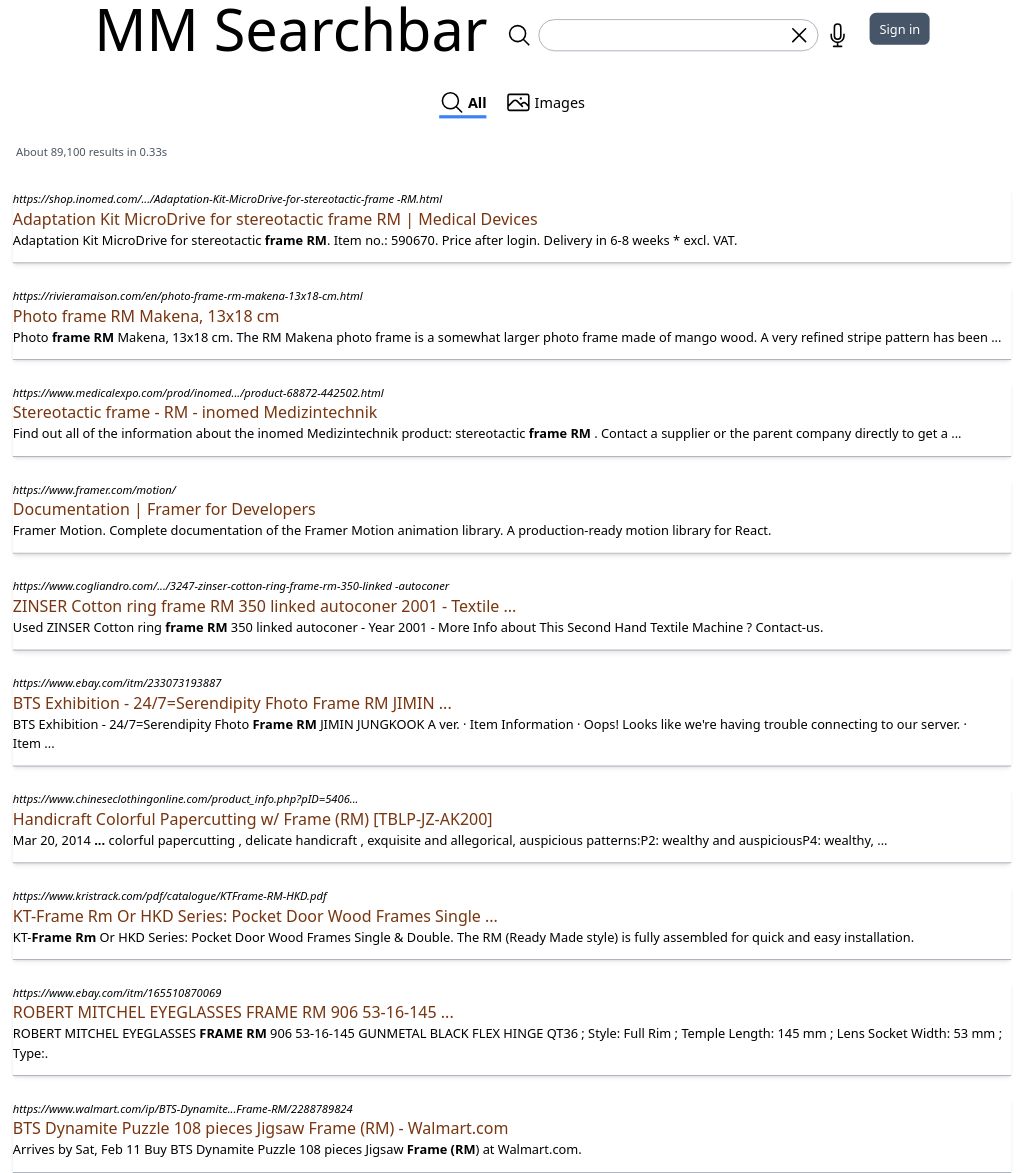
Repository: michalmilek/minigoogle
Page: /search
An editor plug-in stored every save of this project. The page is shown before and after the next save, followed by the edit.
The browser window is 1280 px wide. The pictures show the whole page, at 80% of full size.
The page's requests for data from a server got no answer. The project was rebuilt for these pictures with package versions that can differ from the ones it lists, and the page was loaded fresh each time. The framework's server and built-in components were replaced by stand-ins that run in the browser. No one was signed in, and anything a server would have sent is missing. Also part of the build but not shown: next.config.js, Response.ts.

Above is the page before, as saved 2023-02-14 02:06:48.

### pages/_app.tsx
import '@/styles/globals.css'
import type { AppProps } from 'next/app'
import { SessionProvider } from "next-auth/react";

export default function App({ Component, pageProps }: AppProps) {
  return (
    <SessionProvider
      // Provider options are not required but can be useful in situations where
      // you have a short session maxAge time. Shown here with default values.
      session={pageProps.session}>
      <Component {...pageProps} />
    </SessionProvider>
  );
}

### pages/search.tsx
import SearchHeader from "@/components/SearchHeader";
import Head from "next/head";
import React from "react";
import SearchOptions from "@/components/SearchOptions";
import { GetServerSideProps } from "next";
import Response from "@/Response";
import SearchResults from "@/components/SearchResults";
import { useRouter } from "next/router";

const search = ({ results }: any) => {
  console.log(results);
  const router = useRouter();
  return (
    <div className="flex flex-col">
      <Head>
        <title>Search page</title>
        <meta
          name="description"
          content="Generated by create next app"
        />
        <meta
          name="viewport"
          content="width=device-width, initial-scale=1"
        />
        <link
          rel="icon"
          href="/favicon.ico"
        />
      </Head>

      <SearchHeader />
      <SearchOptions />
      <SearchResults results={results} />
    </div>
  );
};

export default search;

export async function getServerSideProps(ctx: any) {
  const mockData = true;
  const data = mockData
    ? Response
    : await fetch(
        `https://www.googleapis.com/customsearch/v1?key=${
          process.env.NEXT_PUBLIC_GOOGLE_API_KEY
        }&cx=${process.env.NEXT_PUBLIC_CONTEXT_KEY}&q=${ctx.query.term}${
          ctx.query.searchType === "image" ? "&searchType=image" : ""
        }`
      ).then((response) => response.json());

  return {
    props: {
      results: data,
    },
  };
}

### components/SearchHeader.tsx
import React, { FormEvent, useRef } from "react";
import {
  MagnifyingGlassIcon,
  MicrophoneIcon,
  XMarkIcon,
} from "@heroicons/react/24/outline";
import { useRouter } from "next/router";
import User from "./User";

const SearchHeader = () => {
  const router = useRouter();
  const inputSearchRef = useRef<HTMLInputElement>(null);

  const clearInput = () => {
    inputSearchRef.current!.value = "";
  };

  const search = (e: FormEvent) => {
    e.preventDefault();
    const term = inputSearchRef.current?.value;
    if (!term?.trim()) return;
    router.push(`/search?term=${term.trim()}&searchType=`);
  };

  return (
    <header className="sticky top-0 left-0 bg-white flex flex-row py-auto items-center justify-center gap-6 px-2 md:px-0">
      <h1 className="text-3xl lg:text-7xl">MM Searchbar</h1>
      <form
        onSubmit={search}
        className="flex items-center justify-center mt-4">
        <div className="flex flex-grow flex-shrink gap-2 items-center justify-center">
          <button type="submit">
            <MagnifyingGlassIcon className="h-8 cursor-pointer" />
          </button>
          <div className="relative flex justify-center items-center w-[90%] md:w-[350px]">
            <input
              type="text"
              defaultValue={router.query.term}
              ref={inputSearchRef}
              className="border transition-all outline-none ring-0 focus:drop-shadow-2xl  text-base w-[100%] h-[100%] px-4 py-2 border-gray-400 rounded-full"
            />
            <XMarkIcon
              onClick={() => clearInput()}
              className="cursor-pointer h-8 absolute top-[50%] right-2 translate-y-[-50%]"
            />
          </div>
          <MicrophoneIcon className="h-8 cursor-pointer" />
        </div>
      </form>
      <User />
    </header>
  );
};

export default SearchHeader;

### components/SearchOptions.tsx
import React, { useState } from "react";
import SearchOption from "./SearchOption";
import { MagnifyingGlassIcon, PhotoIcon } from "@heroicons/react/24/outline";
import { useRouter } from "next/router";

const SearchOptions = () => {
  const router = useRouter();
  const [selected, setSelected] = useState("All");
  return (
    <div className="flex gap-6 select-none w-full justify-center mt-10">
      <SearchOption
        title="All"
        Icon={MagnifyingGlassIcon}
        selected={selected}
        setSelected={setSelected}
      />
      <SearchOption
        title="Images"
        Icon={PhotoIcon}
        selected={selected}
        setSelected={setSelected}
      />
    </div>
  );
};

export default SearchOptions;

### components/SearchResults.tsx
import React from "react";
import Parser from "html-react-parser";

const SearchResults = ({ results }: any) => {
  return (
    <div className="w-screen mt-8">
      <p className="text-gray-600 text-sm pl-5 mb-9">
        About {results.searchInformation.formattedTotalResults} results in{" "}
        {results.searchInformation.formattedSearchTime}s
      </p>
      <div className="flex flex-col gap-7 px-4">
        {results.items.map((result): any => (
          <div
            key={result.link}
            className="border-b pb-4 border-gray-400 shadow-md">
            <div className="group">
              <a
                className="truncate w-[70%] text-sm italic"
                href={result.link}>
                {result.formattedUrl}
              </a>
              <a href={result.link}>
                <h2 className="group-hover:underline truncate text-xl font-medium text-amber-900 decoration-amber-900">
                  {result.title}
                </h2>
              </a>
            </div>
            <p>{Parser(result.htmlSnippet)}</p>
          </div>
        ))}
      </div>
    </div>
  );
};

export default SearchResults;

### components/User.tsx
import React from "react";
import { useSession, signIn, signOut } from "next-auth/react";

const User = () => {
  const { data: session } = useSession();
  return (
    <>
      {session ? (
        <img
          onClick={() => signOut()}
          src={session.user?.image!}
          alt={session.user?.name!}
          className="h-[50px] w-[50px] object-cover rounded-full"
        />
      ) : (
        <button
          className="bg-slate-600 text-white px-3 py-2 rounded-lg"
          onClick={() => signIn()}>
          Sign in
        </button>
      )}
    </>
  );
};

export default User;

### components/SearchOption.tsx
import { type } from "os";
import React, {
  Dispatch,
  ForwardRefExoticComponent,
  SetStateAction,
  SVGProps,
  useRef,
} from "react";
import { MagnifyingGlassIcon, PhotoIcon } from "@heroicons/react/24/outline";
import { useRouter } from "next/router";

type props = {
  title: string;
  Icon: React.ForwardRefExoticComponent<
    React.SVGProps<SVGSVGElement> & {
      title?: string | undefined;
      titleId?: string | undefined;
    }
  >;
  selected: string;
  setSelected: Dispatch<SetStateAction<string>>;
};

const SearchOption = ({ title, Icon, selected, setSelected }: props) => {
  const router = useRouter();
  const divRef = useRef<HTMLDivElement>(null);

  const selectTab = (title: any) => {
    if (title === "All") {
      setSelected("All");
      router.push(`/search?term=${router.query.term}&type=all`);
    }
    if (title === "Images") {
      router.push(`/search?term=${router.query.term}&type=image`);
      setSelected("Images");
    }
  };
  return (
    <div
      onClick={() => selectTab(title)}
      ref={divRef}
      className={`flex flex-col md:flex-row ${
        selected === title
          ? "border-b-blue-500 font-bold"
          : "border-b-transparent"
      } transition-all border-b-4 md:gap-1 items-center justify-center`}>
      <Icon className="h-5 md:h-8" />
      <p className="md:text-lg">{title}</p>
    </div>
  );
};

export default SearchOption;

Loaded but not shown: pages/_document.tsx (common file); styles/globals.css (common file); tailwind.config.js (common file)

After the next save:
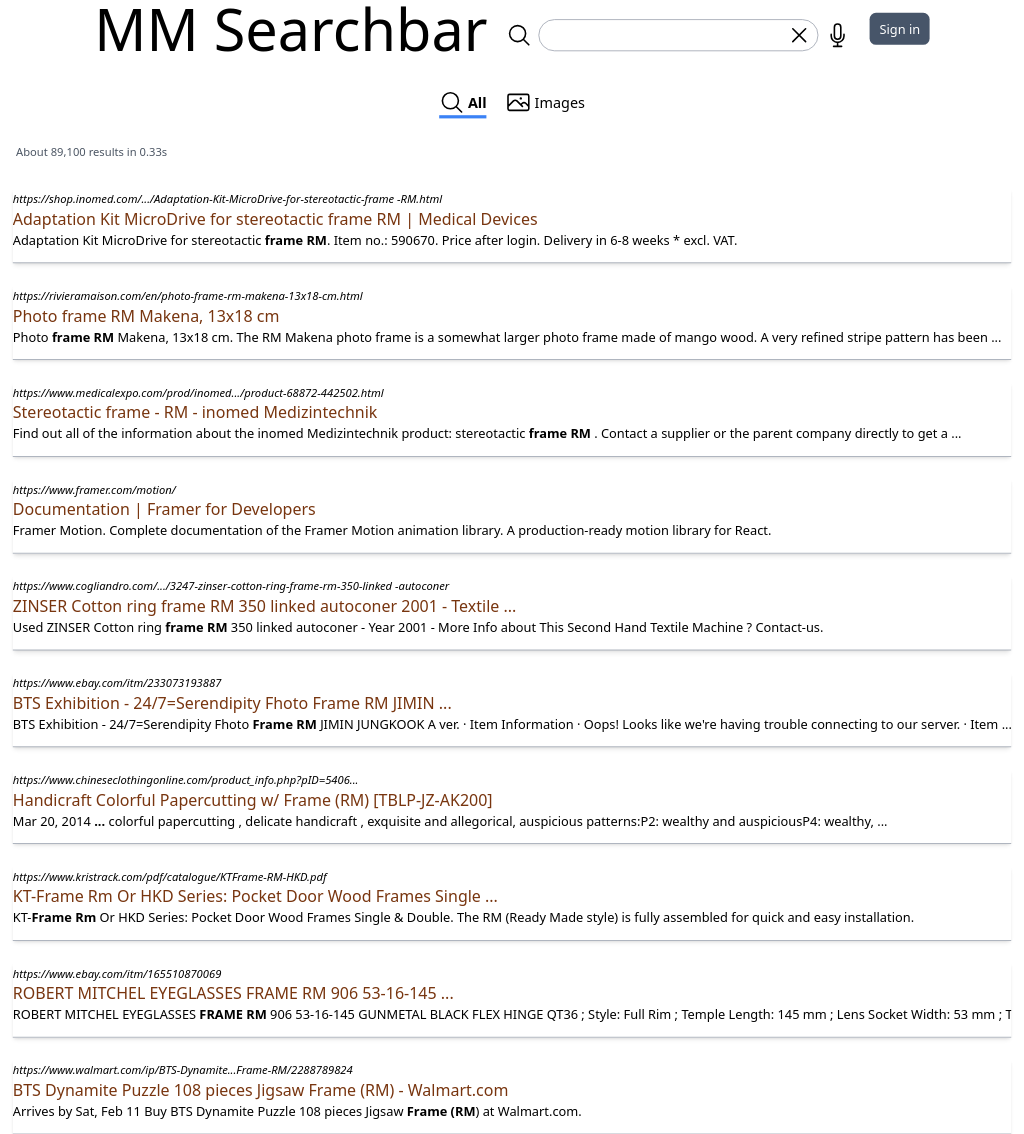
Saved 33 s later.
--- a/components/SearchResults.tsx
+++ b/components/SearchResults.tsx
@@ -12,8 +12,8 @@
         {results.items.map((result): any => (
           <div
             key={result.link}
-            className="border-b pb-4 border-gray-400 shadow-md">
-            <div className="group">
+            className="border-b pb-4 truncate border-gray-400 shadow-md">
+            <div className="group truncate">
               <a
                 className="truncate w-[70%] text-sm italic"
                 href={result.link}>
